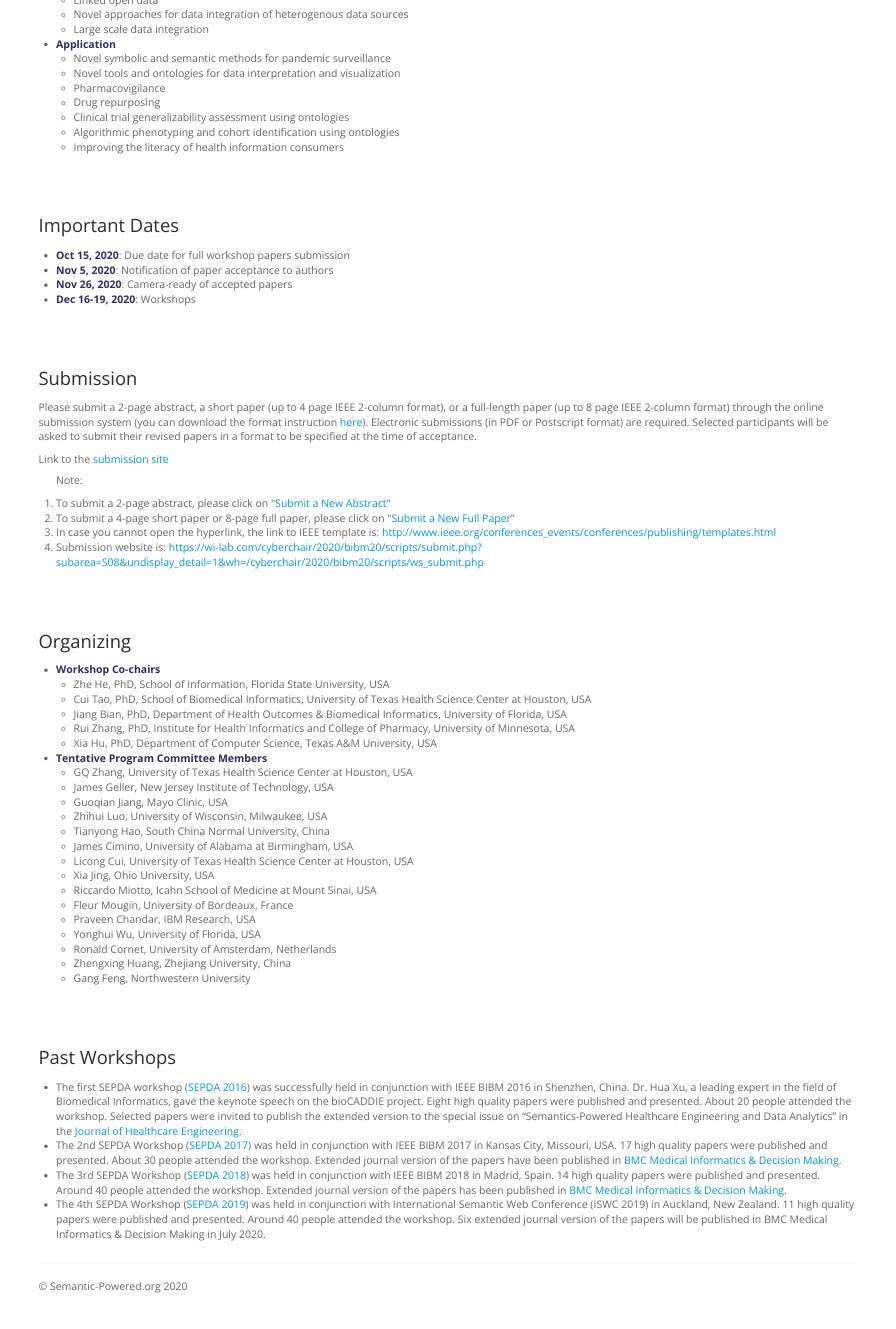
Repository: bianjiang/semantics-powered.org
Page: sepda2020.html
The author's editor kept a copy of each file at every save. The page is drawn from the files as they stood at one save, then again after the next save.
The browser window is 1280 px wide. The pictures show the part of the page from y = 1270 to 3190 px (the page is 3169 px tall before and 3190 px after), at 70% of full size.
Some web libraries are served in a nearby version.

Above is the page before, as saved 2020-08-21 14:19:18.
Console error (its wording comes from the project's code and is left out).

After the next save:
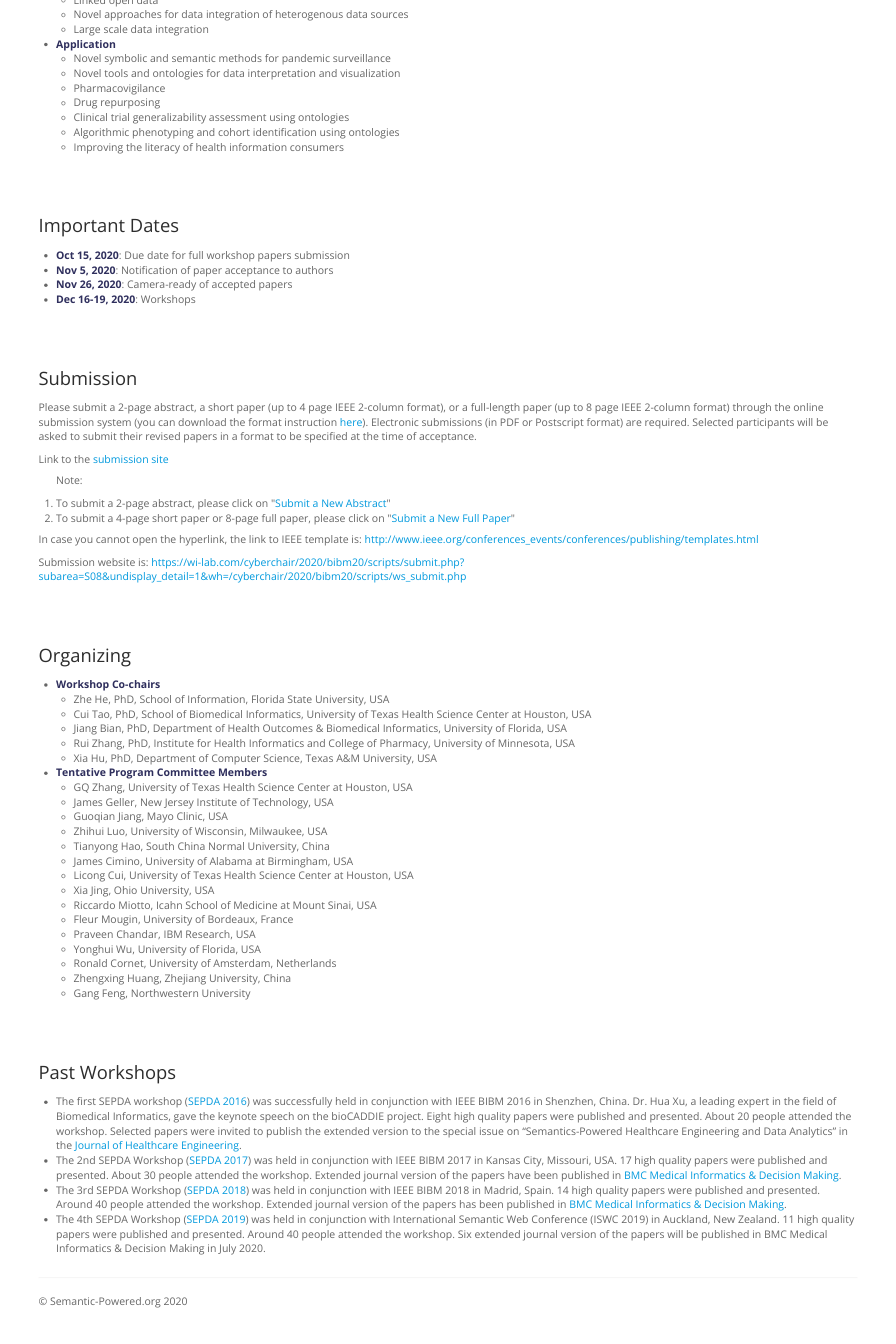
Saved 53 s later.
--- a/sepda2020.html
+++ b/sepda2020.html
@@ -177,11 +177,11 @@
             <p>Note:</p>
             <li>To submit a 2-page abstract, please click on "<a href="https://wi-lab.com/cyberchair/2020/bibm20/scripts/submitform.php?subarea=S08&submittype=abstract" target="_blank">Submit a New Abstract</a>"</li>
             <li>To submit a 4-page short paper or 8-page full paper, please click on "<a href="https://wi-lab.com/cyberchair/2020/bibm20/scripts/submitform.php?subarea=S08&submittype=&upload_only=0" target="_blank">Submit a New Full Paper</a>"</li>
-            <li>In case you cannot open the hyperlink, the link to IEEE template is:
-              <a href="http://www.ieee.org/conferences_events/conferences/publishing/templates.html" target="_blank">http://www.ieee.org/conferences_events/conferences/publishing/templates.html</a></li>
-            <li>Submission website is:
-              <a href="https://wi-lab.com/cyberchair/2020/bibm20/scripts/submit.php?subarea=S08&undisplay_detail=1&wh=/cyberchair/2020/bibm20/scripts/ws_submit.php" target="_blank">https://wi-lab.com/cyberchair/2020/bibm20/scripts/submit.php?subarea=S08&undisplay_detail=1&wh=/cyberchair/2020/bibm20/scripts/ws_submit.php</a></li>
           </ol>
+          <p>In case you cannot open the hyperlink, the link to IEEE template is:
+            <a href="http://www.ieee.org/conferences_events/conferences/publishing/templates.html" target="_blank">http://www.ieee.org/conferences_events/conferences/publishing/templates.html</a></p>
+          <p>Submission website is:
+            <a href="https://wi-lab.com/cyberchair/2020/bibm20/scripts/submit.php?subarea=S08&undisplay_detail=1&wh=/cyberchair/2020/bibm20/scripts/ws_submit.php" target="_blank">https://wi-lab.com/cyberchair/2020/bibm20/scripts/submit.php?subarea=S08&undisplay_detail=1&wh=/cyberchair/2020/bibm20/scripts/ws_submit.php</a></p>
         </div>
       </div>
     </section>
